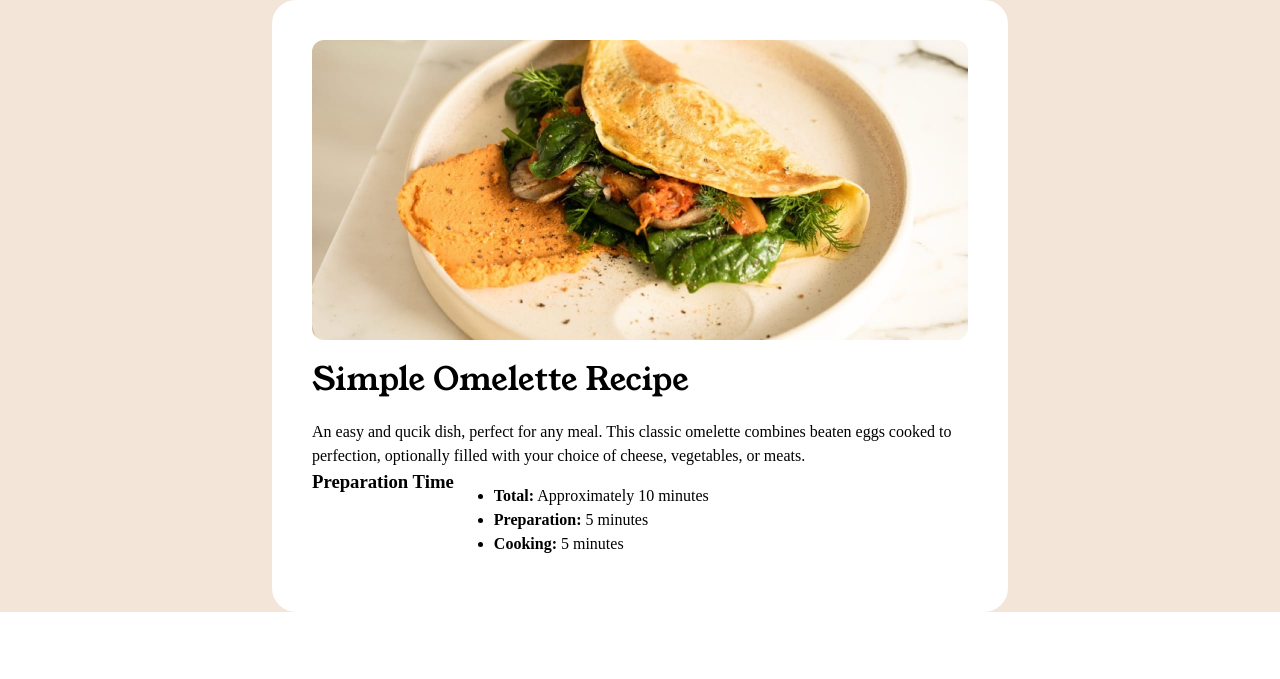
Repository: brandontaylor1/recipe-page
Page: index.html
These files come from the project's save history. The page is drawn as it stood at one moment and after the next save; the edit follows.
The browser window is 1280 px wide. The pictures show the whole page.

Above is the page before, as saved 2024-12-28 21:55:14.

After the next save:
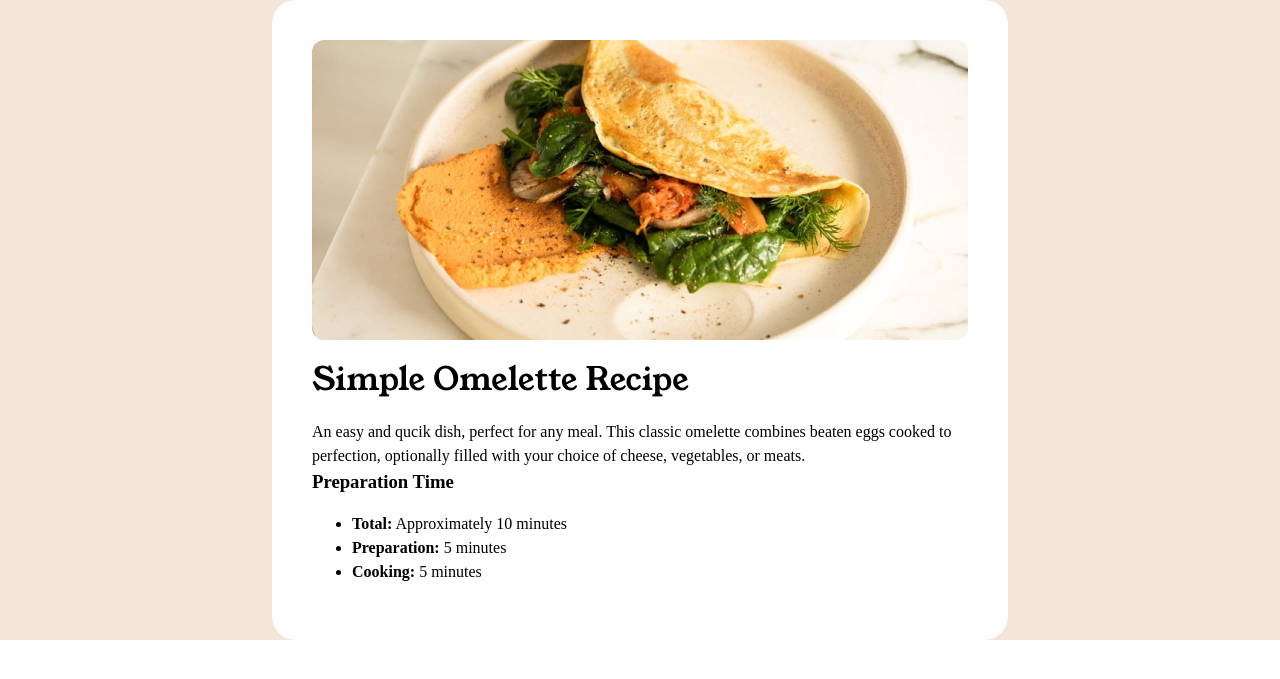
Saved 6 s later.
--- a/styles.css
+++ b/styles.css
@@ -163,5 +163,6 @@ select {
 
 .preparation-container {
     display: flex;
-
+    flex-direction: column;
+    ;
 }
